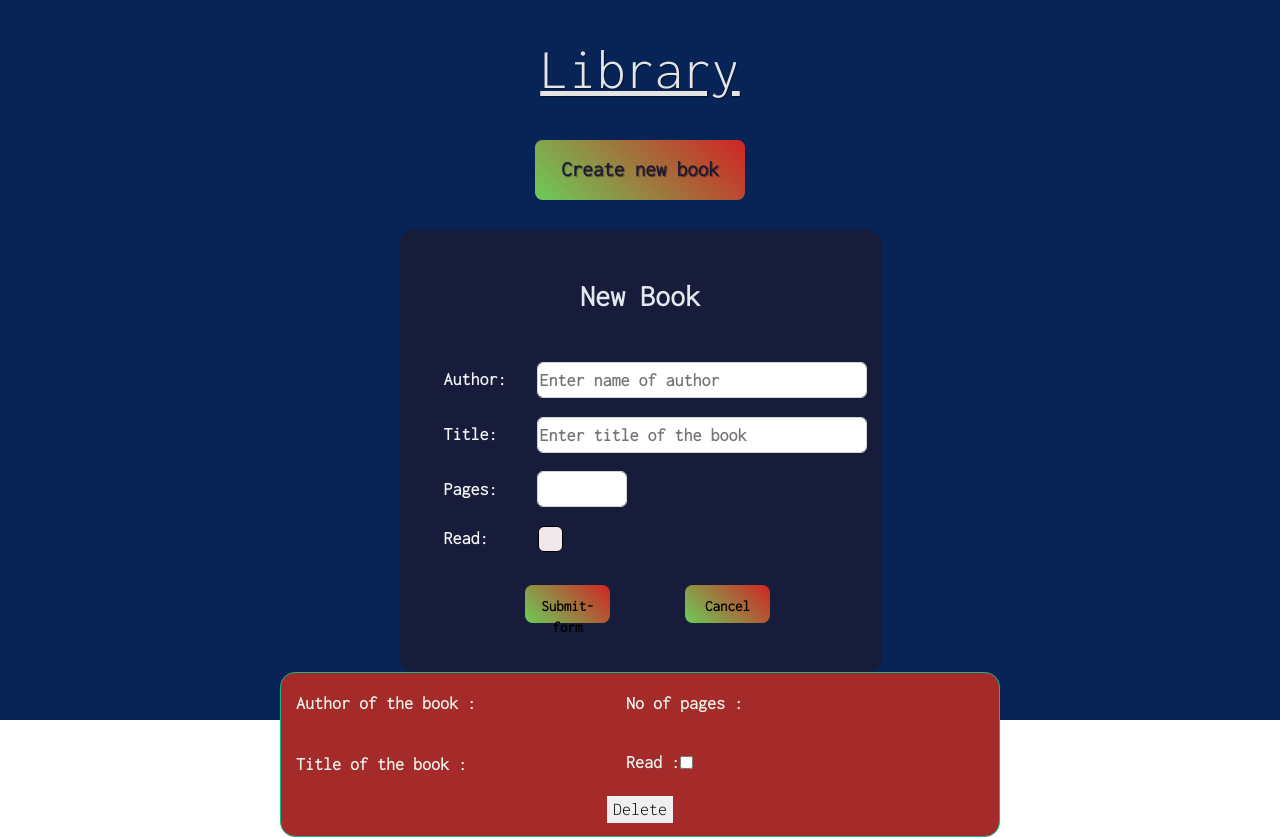
Repository: 0101chaitanya/Library
Page: index.html
The author's editor kept a copy of each file at every save. The page is drawn from the files as they stood at one save, then again after the next save.
The browser window is 1280 px wide. The pictures show the whole page.

Above is the page before, as saved 2021-06-05 10:01:58.

After the next save:
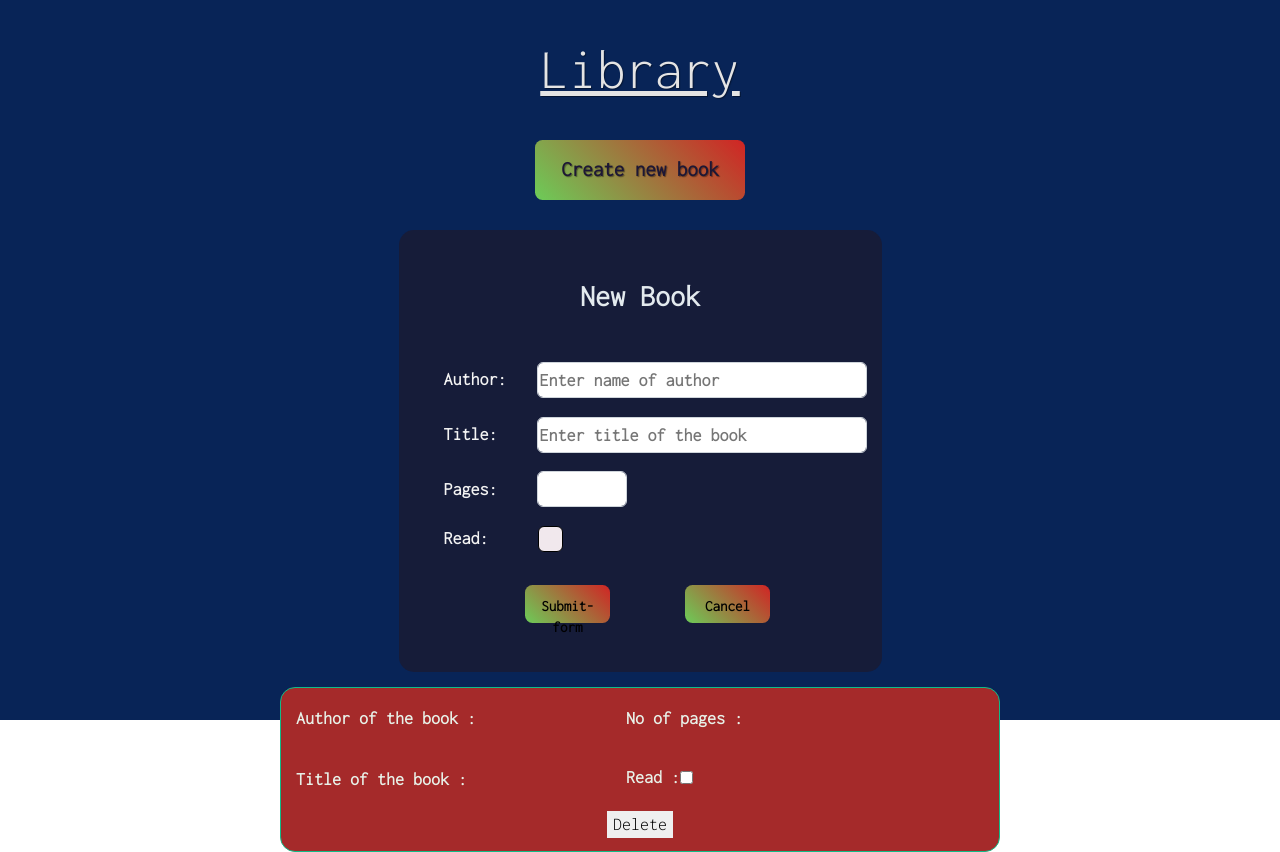
Saved 16 s later.
--- a/styles.css
+++ b/styles.css
@@ -270,7 +270,7 @@
     display: block;
     margin-left: auto;
     margin-right: auto;
-    top: 2rem;
+    top: 3rem;
     height: auto;
     width: auto;
 }

After the save that followed:
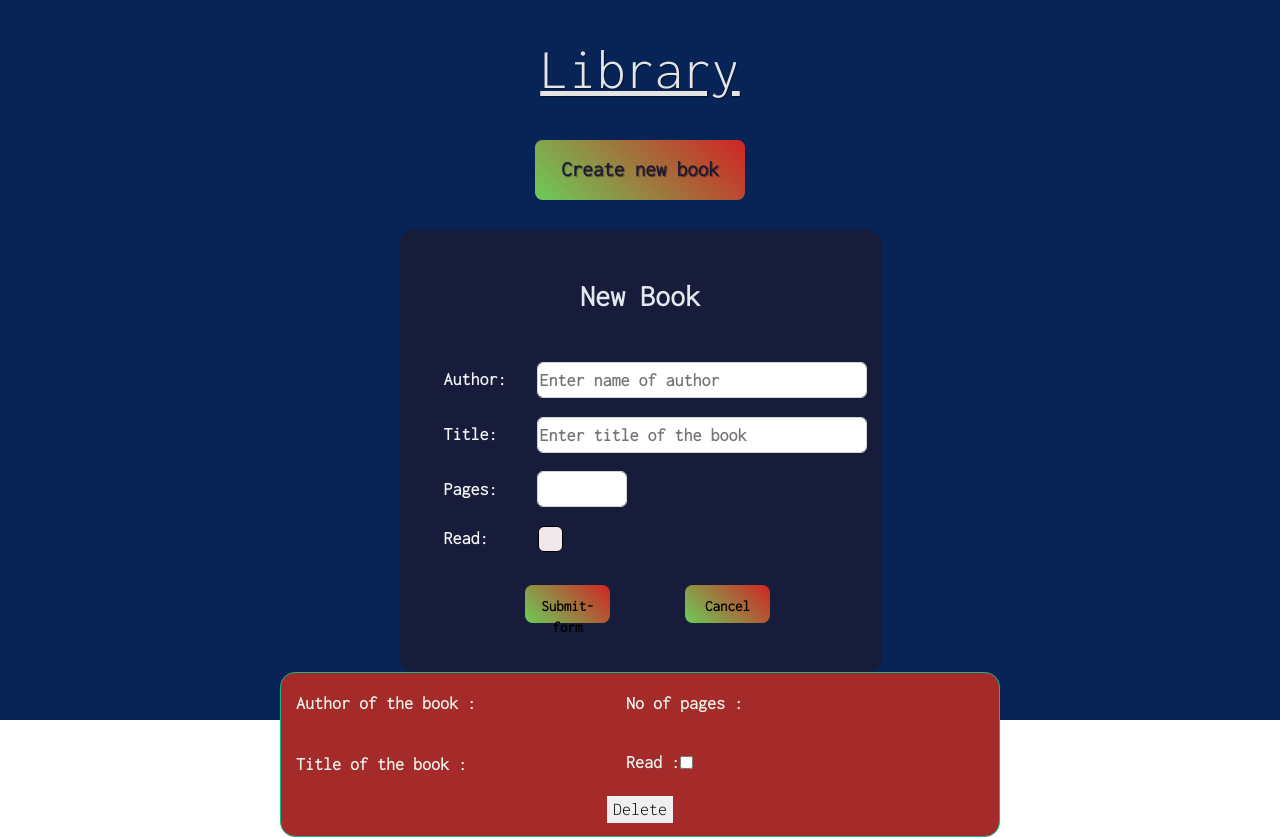
Saved 14 s later.
--- a/styles.css
+++ b/styles.css
@@ -270,7 +270,7 @@
     display: block;
     margin-left: auto;
     margin-right: auto;
-    top: 3rem;
+    top: 2rem;
     height: auto;
     width: auto;
 }
